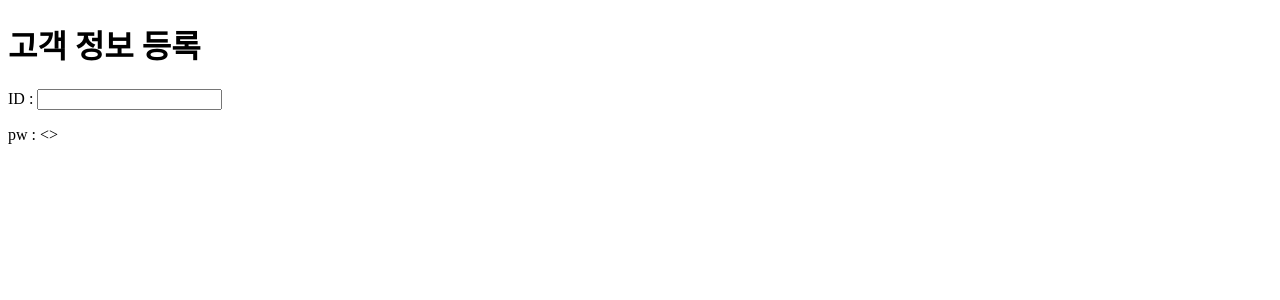
Repository: yjh052216/modapea
Page: http://localhost/customerTest-001/CustomerInsert.jsp
An editor plug-in stored every save of this project. The page is shown before and after the next save, followed by the edit.
The browser window is 1280 px wide. The pictures show the whole page.
The page is served by Tomcat 9.

Above is the page before, as saved 2019-11-27 12:10:08.

After the next save:
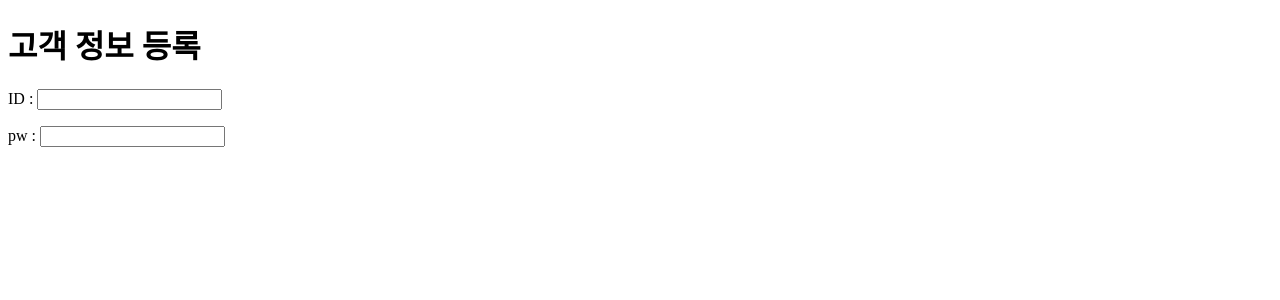
Saved 11 s later.
--- a/customerTest-001/src/main/webapp/CustomerInsert.jsp
+++ b/customerTest-001/src/main/webapp/CustomerInsert.jsp
@@ -12,7 +12,7 @@
 <form action="insertCustomer.do" method="post">
 
 ID : <input type="text" name="id"><p>
-pw : <>
+pw : <input type="password">
 
 
 </form>
